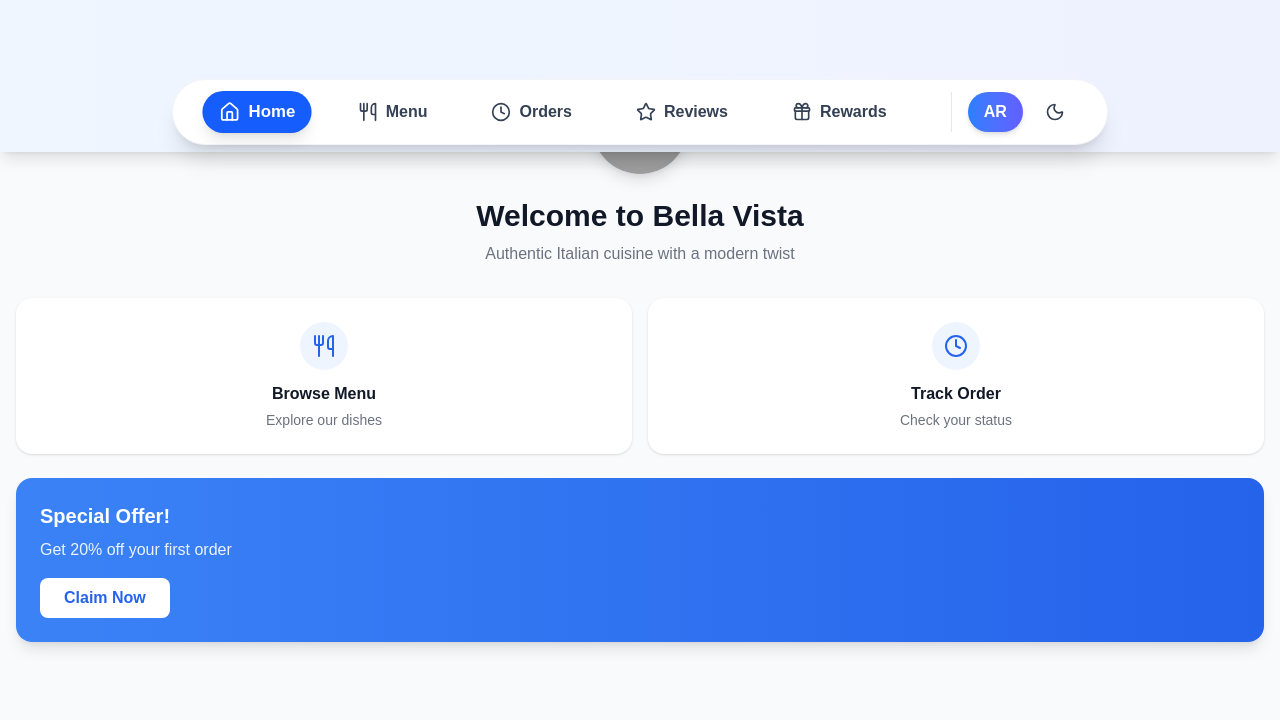
Repository: GraduationMERN/restaurant-system
Page: / (app in client/)
These files come from the project's save history. The page is drawn as it stood at one moment and after the next save; the edit follows.
The browser window is 1280 px wide. The pictures show the whole page.
Pictures or frames that could not be fetched are drawn as grey boxes. The project was rebuilt for these pictures with package versions that can differ from the ones it lists, and the page was loaded fresh each time. Also part of the build but not shown: client/vite.config.js, client/src/pages/ReviewsPage.jsx, client/src/pages/RewardPage.jsx, client/src/components/ui/badge/Badge.jsx, client/src/components/ecommerce/EcommerceMetrics.jsx, client/src/components/ui/dropdown/Dropdown.jsx, client/src/components/ui/dropdown/DropdownItem.jsx, client/src/components/ecommerce/MonthlySalesChart.jsx and 36 more. Imported but missing from the stored project, and not drawn on this page: client/src/components/form/input/InputField, client/src/pages/admin/UserProfiles.

Above is the page before, as saved 2025-11-29 02:16:18.

### client/index.html
<!doctype html>
<html lang="en">
  <head>
    <meta charset="UTF-8" />
    <link rel="icon" type="image/svg+xml" href="/vite.svg" />
    <meta name="viewport" content="width=device-width, initial-scale=1.0" />
    <title>Restuarant</title>
  </head>
  <body>
    <div id="root"></div>
    <script type="module" src="/src/main.jsx"></script>
  </body>
</html>

### client/src/main.jsx
import { StrictMode } from 'react'
import { createRoot } from 'react-dom/client'
import './index.css'
import "swiper/swiper-bundle.css";
import "flatpickr/dist/flatpickr.css";
import App from './App.jsx'
import './i18n';
import { AppWrapper } from "./components/common/PageMeta.jsx";
import { ThemeProvider } from "./context/ThemeContext.jsx";
createRoot(document.getElementById('root')).render(
  // <StrictMode>
  <ThemeProvider>
    <AppWrapper>
      <App />
    </AppWrapper>
  </ThemeProvider>
  // </StrictMode>,
)

### client/src/App.jsx
import { BrowserRouter, Routes, Route } from "react-router-dom";
import ReviewsPage from "./pages/ReviewsPage";
import LandingPage from "./pages/LandingPage";
import Layout from "./components/Layout";
import RewardPage from "./pages/RewardPage";
import Admin from "./pages/admin/Admin";
import AppLayout from "./layout/admin-layout/AppLayout";
import { ScrollToTop } from "./components/common/ScrollToTop";
import OrderPage from "./features/orders/ui/OrderPage";

function App() {
  return (
    <BrowserRouter>
      <ScrollToTop />
      <Layout>
        <Routes>
          <Route path="/" element={<LandingPage />} />
          <Route path="/reviews" element={<ReviewsPage />} />
          <Route path="/rewards" element={<RewardPage />} />
           <Route path="/orders" element={<OrderPage />} />
          {/* Single Admin Page with section sub-route */}
          <Route element={<AppLayout />}>
            <Route path="/admin/:section?" element={<Admin />} />
          </Route>
        </Routes>
      </Layout>
    </BrowserRouter>
  );
}

export default App;

### client/src/components/common/PageMeta.jsx
import { HelmetProvider, Helmet } from "react-helmet-async";

const PageMeta = ({ title, description }) => (
  <Helmet>
    <title>{title}</title>
    <meta name="description" content={description} />
  </Helmet>
);

export const AppWrapper = ({ children }) => (
  <HelmetProvider>{children}</HelmetProvider>
);

export default PageMeta;

### client/src/context/ThemeContext.jsx
import { createContext, useState, useContext, useEffect } from "react";

const ThemeContext = createContext(undefined);

export const ThemeProvider = ({ children }) => {
  const [theme, setTheme] = useState("light");
  const [isInitialized, setIsInitialized] = useState(false);

  useEffect(() => {
    // This code will only run on the client side
    const savedTheme = localStorage.getItem("theme");
    const initialTheme = savedTheme || "light"; // Default to light theme

    setTheme(initialTheme);
    setIsInitialized(true);
  }, []);

  useEffect(() => {
    if (isInitialized) {
      localStorage.setItem("theme", theme);
      if (theme === "dark") {
        document.documentElement.classList.add("dark");
      } else {
        document.documentElement.classList.remove("dark");
      }
    }
  }, [theme, isInitialized]);

  const toggleTheme = () => {
    setTheme((prevTheme) => (prevTheme === "light" ? "dark" : "light"));
  };

  return (
    <ThemeContext.Provider value={{ theme, toggleTheme }}>
      {children}
    </ThemeContext.Provider>
  );
};

export const useTheme = () => {
  const context = useContext(ThemeContext);
  if (context === undefined) {
    throw new Error("useTheme must be used within a ThemeProvider");
  }
  return context;
};

### client/src/admin.css
@theme {
  --font-*: initial;
  --font-outfit: Outfit, sans-serif;

  --breakpoint-*: initial;
  --breakpoint-2xsm: 375px;
  --breakpoint-sm: 640px;
  --breakpoint-md: 768px;
  --breakpoint-lg: 1024px;
  --breakpoint-xl: 1280px;
  --breakpoint-2xl: 1536px;

  --text-title-2xl: 72px;
  --text-title-2xl--line-height: 90px;
  --text-title-xl: 60px;
  --text-title-xl--line-height: 72px;
  --text-title-lg: 48px;
  --text-title-lg--line-height: 60px;
  --text-title-md: 36px;
  --text-title-md--line-height: 44px;
  --text-title-sm: 30px;
  --text-title-sm--line-height: 38px;
  --text-theme-xl: 20px;
  --text-theme-xl--line-height: 30px;
  --text-theme-sm: 14px;
  --text-theme-sm--line-height: 20px;
  --text-theme-xs: 12px;
  --text-theme-xs--line-height: 18px;

  --color-current: currentColor;
  --color-transparent: transparent;
  --color-white: #ffffff;

  --color-brand-50: #ecf3ff;
  --color-brand-100: #dde9ff;
  --color-brand-200: #c2d6ff;
  --color-brand-300: #9cb9ff;
  --color-brand-400: #7592ff;
  --color-brand-500: #465fff;
  --color-brand-600: #3641f5;
  --color-brand-700: #2a31d8;
  --color-brand-800: #252dae;
  --color-brand-900: #262e89;

  --color-blue-light-50: #f0f9ff;
  --color-blue-light-100: #e0f2fe;
  --color-blue-light-200: #b9e6fe;
  --color-blue-light-300: #7cd4fd;
  --color-blue-light-400: #36bffa;
  --color-blue-light-500: #0ba5ec;
  --color-blue-light-600: #0086c9;
  --color-blue-light-700: #026aa2;
  --color-blue-light-800: #065986;
  --color-blue-light-900: #0b4a6f;

  --color-gray-50: #f9fafb;
  --color-gray-100: #f2f4f7;
  --color-gray-200: #e4e7ec;
  --color-gray-300: #d0d5dd;
  --color-gray-400: #98a2b3;
  --color-gray-500: #667085;
  --color-gray-600: #475467;
  --color-gray-700: #344054;
  --color-gray-800: #1d2939;
  --color-gray-900: #101828;

  --color-gray-dark: #1a2231;

  --color-orange-50: #fff6ed;
  --color-orange-100: #ffead5;
  --color-orange-200: #fddcab;
  --color-orange-300: #feb273;
  --color-orange-400: #fd853a;
  --color-orange-500: #fb6514;
  --color-orange-600: #ec4a0a;
  --color-orange-700: #c4320a;
  --color-orange-800: #9c2a10;
  --color-orange-900: #7e2410;

  --color-success-50: #ecfdf3;
  --color-success-100: #d1fadf;
  --color-success-200: #a6f4c5;
  --color-success-300: #6ce9a6;
  --color-success-400: #32d583;
  --color-success-500: #12b76a;
  --color-success-600: #039855;
  --color-success-700: #027a48;
  --color-success-800: #05603a;
  --color-success-900: #054f31;

  --color-error-50: #fef3f2;
  --color-error-100: #fee4e2;
  --color-error-200: #fecdca;
  --color-error-300: #fda29b;
  --color-error-400: #f97066;
  --color-error-500: #f04438;
  --color-error-600: #d92d20;
  --color-error-700: #b42318;
  --color-error-800: #912018;
  --color-error-900: #7a271a;

  --color-warning-50: #fffaeb;
  --color-warning-100: #fef0c7;
  --color-warning-200: #fedf89;
  --color-warning-300: #fec84b;
  --color-warning-400: #fdb022;
  --color-warning-500: #f79009;
  --color-warning-600: #dc6803;
  --color-warning-700: #b54708;
  --color-warning-800: #93370d;
  --color-warning-900: #7a2e0e;

  --shadow-theme-md: 0px 4px 8px -2px rgba(16, 24, 40, 0.1),
    0px 2px 4px -2px rgba(16, 24, 40, 0.06);
  --shadow-theme-lg: 0px 12px 16px -4px rgba(16, 24, 40, 0.08),
    0px 4px 6px -2px rgba(16, 24, 40, 0.03);
  --shadow-theme-sm: 0px 1px 3px 0px rgba(16, 24, 40, 0.1),
    0px 1px 2px 0px rgba(16, 24, 40, 0.06);
  --shadow-theme-xs: 0px 1px 2px 0px rgba(16, 24, 40, 0.05);
  --shadow-theme-xl: 0px 20px 24px -4px rgba(16, 24, 40, 0.08),
    0px 8px 8px -4px rgba(16, 24, 40, 0.03);
  --shadow-focus-ring: 0px 0px 0px 4px rgba(70, 95, 255, 0.12);

  --z-index-1: 1;
  --z-index-999: 999;
  --z-index-99999: 99999;
}

@layer base {
  *,
  ::after,
  ::before,
  ::backdrop,
  ::file-selector-button {
    border-color: var(--color-gray-200, currentColor);
  }
  button:not(:disabled),
  [role="button"]:not(:disabled) {
    cursor: pointer;
  }
  body {
    @apply relative font-normal font-outfit z-1 bg-gray-50 dark:bg-gray-900;
  }
}

@utility menu-item {
  @apply relative flex items-center w-full gap-3 px-3 py-2 font-medium rounded-lg text-theme-sm;
}

@utility menu-item-active {
  @apply bg-brand-50 text-brand-500 dark:bg-brand-500/[0.12] dark:text-brand-400;
}

@utility menu-item-inactive {
  @apply text-gray-700 hover:bg-gray-100 group-hover:text-gray-700 dark:text-gray-300 dark:hover:bg-white/5 dark:hover:text-gray-300;
}

@utility menu-item-icon-active {
  @apply text-brand-500 dark:text-brand-400;
}

@utility menu-item-icon-size {
  & svg {
    @apply !size-6;
  }
}

@utility menu-item-icon-inactive {
  @apply text-gray-500 group-hover:text-gray-700 dark:text-gray-400 dark:group-hover:text-gray-300;
}

### client/src/pages/LandingPage.jsx
import React from "react";
import { Utensils, Clock } from "lucide-react";

export default function LandingPage() {
  return (
    <div className="min-h-screen bg-default flex items-center justify-center px-4">
      <div className="max-w-7xl w-full">
        {/* Logo and Header */}
        <div className="text-center mb-8">
          <div className="w-24 h-24 mx-auto mb-6 rounded-full overflow-hidden shadow-lg">
            <img
              src="https://images.unsplash.com/photo-1517248135467-4c7edcad34c4?w=200&h=200&fit=crop"
              alt="Bella Vista"
              className="w-full h-full object-cover"
            />
          </div>
          <h1 className="text-3xl font-bold text-on-surface mb-2">
            Welcome to Bella Vista
          </h1>
          <p className="text-muted">
            Authentic Italian cuisine with a modern twist
          </p>
        </div>

        {/* Action Cards */}
        <div className="grid grid-cols-2 gap-4 mb-6">
          <button className="bg-surface rounded-2xl p-6 shadow-sm hover:shadow-md transition text-center">
            <div className="w-12 h-12 bg-primary-100 rounded-full flex items-center justify-center mx-auto mb-3">
              <Utensils className="w-6 h-6 text-primary" />
            </div>
            <h3 className="font-semibold text-on-surface mb-1">Browse Menu</h3>
            <p className="text-sm text-muted">Explore our dishes</p>
          </button>

          <button className="bg-surface rounded-2xl p-6 shadow-sm hover:shadow-md transition text-center">
            <div className="w-12 h-12 bg-primary-100 rounded-full flex items-center justify-center mx-auto mb-3">
              <Clock className="w-6 h-6 text-primary" />
            </div>
            <h3 className="font-semibold text-on-surface mb-1">Track Order</h3>
            <p className="text-sm text-muted">Check your status</p>
          </button>
        </div>

        {/* Special Offer Card */}
        <div className="bg-primary-gradient rounded-2xl p-6 shadow-lg text-white">
          <h3 className="text-xl font-bold mb-2">Special Offer!</h3>
          <p className="mb-4 opacity-90">Get 20% off your first order</p>
          <button className="bg-surface text-primary px-6 py-2 rounded-lg font-semibold hover:bg-default transition">
            Claim Now
          </button>
        </div>
      </div>
    </div>
  );
}

### client/src/components/Layout.jsx
import DesktopNav from "./desktopNav";
import Navbar from "./Navbar";
import { useLocation } from "react-router-dom";

export default function Layout({ children }) {
  const location = useLocation();
  const isAdmin = location.pathname.startsWith("/admin");

  return (
    <div className="min-h-screen w-full flex flex-col bg-default">
      <div className={` w-full flex justify-center md:block`}>
        <div className={`w-full  max-w-xl px-4 md:max-w-none md:px-0`}>
          {children}
        </div>
      </div>

      {!isAdmin && (
        <div className="w-full max-w-xl mx-auto h-20 flex justify-between items-center px-4 md:hidden">
          <Navbar />
        </div>
      )}
      {!isAdmin && <DesktopNav />}
    </div>
  );
}

### client/src/components/DesktopNav.jsx
/* DesktopNav.jsx */
import { Home, Utensils, Clock4, Star, Gift, Moon } from "lucide-react";
import { Link, useLocation } from "react-router-dom";
import { useTranslation } from "react-i18next";

export default function DesktopNav() {
  const { t, i18n } = useTranslation();
  const location = useLocation();

  const isActive = (path) => location.pathname === path;

  return (
    <div className="hidden md:block fixed top-0 left-0 right-0 bg-gradient-to-r from-blue-50 to-indigo-50 shadow-lg z-50 pt-[10vh]">
      <div className="max-w-7xl mx-auto px-8 h-20 flex justify-center items-center">
        <div className="flex gap-8 items-center bg-white px-8 py-3 rounded-full shadow-xl border border-gray-100">
          <Link to="/" className={`flex items-center gap-2 px-4 py-2 rounded-full font-semibold transition-all duration-300 ${isActive('/') ? 'bg-blue-600 text-white shadow-lg scale-105' : 'text-gray-700 hover:bg-blue-50 hover:text-blue-600'}`}>
            <Home size={20} />
            {t("home")}
          </Link>
          <Link to="/menu" className={`flex items-center gap-2 px-4 py-2 rounded-full font-semibold transition-all duration-300 ${isActive('/menu') ? 'bg-blue-600 text-white shadow-lg scale-105' : 'text-gray-700 hover:bg-blue-50 hover:text-blue-600'}`}>
            <Utensils size={20} />
            {t("menu")}
          </Link>
          <Link to="/orders" className={`flex items-center gap-2 px-4 py-2 rounded-full font-semibold transition-all duration-300 ${isActive('/orders') ? 'bg-blue-600 text-white shadow-lg scale-105' : 'text-gray-700 hover:bg-blue-50 hover:text-blue-600'}`}>
            <Clock4 size={20} />
            {t("orders")}
          </Link>
          <Link to="/reviews" className={`flex items-center gap-2 px-4 py-2 rounded-full font-semibold transition-all duration-300 ${isActive('/reviews') ? 'bg-blue-600 text-white shadow-lg scale-105' : 'text-gray-700 hover:bg-blue-50 hover:text-blue-600'}`}>
            <Star size={20} />
            {t("reviews")}
          </Link>
          <Link to="/rewards" className={`flex items-center gap-2 px-4 py-2 rounded-full font-semibold transition-all duration-300 ${isActive('/rewards') ? 'bg-blue-600 text-white shadow-lg scale-105' : 'text-gray-700 hover:bg-blue-50 hover:text-blue-600'}`}>
            <Gift size={20} />
            {t("rewards")}
          </Link>

          <div className="flex gap-3 items-center ml-4 pl-4 border-l border-gray-200">
            {i18n.language === "en" && (
              <button onClick={() => i18n.changeLanguage("ar")} className="px-4 py-2 bg-gradient-to-r from-blue-500 to-indigo-500 text-white rounded-full hover:from-blue-600 hover:to-indigo-600 transition-all duration-300 font-semibold shadow-md hover:shadow-lg">
                AR
              </button>
            )}
            {i18n.language === "ar" && (
              <button onClick={() => i18n.changeLanguage("en")} className="px-4 py-2 bg-gradient-to-r from-blue-500 to-indigo-500 text-white rounded-full hover:from-blue-600 hover:to-indigo-600 transition-all duration-300 font-semibold shadow-md hover:shadow-lg">
                EN
              </button>
            )}
            <button className="p-2.5 hover:bg-gray-100 rounded-full transition-all duration-300 text-gray-700 hover:text-blue-600 hover:scale-110">
              <Moon size={20} />
            </button>
          </div>
        </div>
      </div>
    </div>
  );
}

### client/src/components/Navbar.jsx
import { Home, Utensils, Clock4 , Star, Gift } from "lucide-react";
import { Link, useLocation } from "react-router-dom";
import { useTranslation } from 'react-i18next';

export default function Navbar() {
  const { t, i18n } = useTranslation();

  const location = useLocation();

  // Return true if route is active; caller toggles classes
  const isActive = (path) => location.pathname === path;

  return (
    <div className="w-full bg-surface shadow-sm fixed bottom-0 left-0">
      <div className="w-full max-w-xl mx-auto h-14 flex justify-around items-center px-4">
        {i18n.language=="en"&&<button onClick={() => i18n.changeLanguage("ar")}>AR</button>}
        {i18n.language=="ar"&&<button onClick={() => i18n.changeLanguage("en")}>EN</button>}
        <Link to="/" className={`flex flex-col items-center ${isActive('/') ? 'text-primary' : 'text-muted'}`}>
          <Home size={20} />
          <span className="text-xs">{t("home")}</span>
        </Link>

        <Link to="/menu" className={`flex flex-col items-center ${isActive('/menu') ? 'text-primary' : 'text-muted'}`}>
          <Utensils size={20} />
          <span className="text-xs">{t("menu")}</span>
        </Link>

        <Link to="/orders" className={`flex flex-col items-center ${isActive('/orders') ? 'text-primary' : 'text-muted'}`}>
          <Clock4  size={20} />
          <span className="text-xs">{t("orders")}</span>
        </Link>

        <Link to="/reviews" className={`flex flex-col items-center ${isActive('/reviews') ? 'text-primary' : 'text-muted'}`}>
          <Star size={20} />
          <span className="text-xs">{t("reviews")}</span>
        </Link>

        <Link to="/rewards" className={`flex flex-col items-center ${isActive('/rewards') ? 'text-primary' : 'text-muted'}`}>
          <Gift size={20} />
          <span className="text-xs">{t("rewards")}</span>
        </Link>

      </div>
    </div>
  );
}

Loaded but not shown: client/src/index.css (common file); client/src/components/common/ScrollToTop.jsx (common file); client/src/languages/ArabicLang.json (7 lines, source omitted); client/src/languages/EnglishLang.json (7 lines, source omitted); client/src/icons/admin-icons/index.js (43 lines, source omitted); client/src/i18n.js (30 lines, source omitted); client/src/layout/admin-layout/AppSidebar.jsx (280 lines, source omitted)

After the next save:
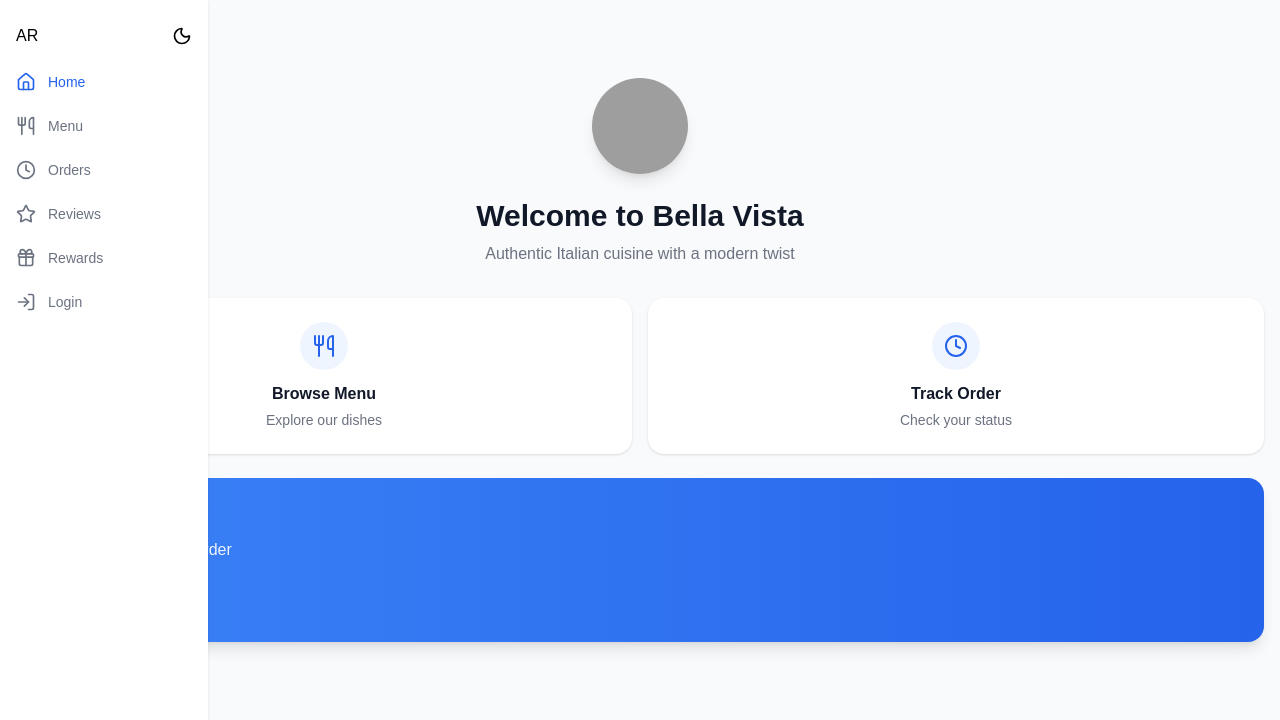
Saved 3 s later.
--- a/client/src/components/DesktopNav.jsx
+++ b/client/src/components/DesktopNav.jsx
@@ -1,56 +1,98 @@
-/* DesktopNav.jsx */
-import { Home, Utensils, Clock4, Star, Gift, Moon } from "lucide-react";
+import {
+  Home,
+  Utensils,
+  Clock4,
+  Star,
+  Gift,
+  Moon,
+  LogInIcon,
+} from "lucide-react";
 import { Link, useLocation } from "react-router-dom";
 import { useTranslation } from "react-i18next";
 
 export default function DesktopNav() {
   const { t, i18n } = useTranslation();
+
   const location = useLocation();
 
   const isActive = (path) => location.pathname === path;
 
   return (
-    <div className="hidden md:block fixed top-0 left-0 right-0 bg-gradient-to-r from-blue-50 to-indigo-50 shadow-lg z-50 pt-[10vh]">
-      <div className="max-w-7xl mx-auto px-8 h-20 flex justify-center items-center">
-        <div className="flex gap-8 items-center bg-white px-8 py-3 rounded-full shadow-xl border border-gray-100">
-          <Link to="/" className={`flex items-center gap-2 px-4 py-2 rounded-full font-semibold transition-all duration-300 ${isActive('/') ? 'bg-blue-600 text-white shadow-lg scale-105' : 'text-gray-700 hover:bg-blue-50 hover:text-blue-600'}`}>
-            <Home size={20} />
-            {t("home")}
-          </Link>
-          <Link to="/menu" className={`flex items-center gap-2 px-4 py-2 rounded-full font-semibold transition-all duration-300 ${isActive('/menu') ? 'bg-blue-600 text-white shadow-lg scale-105' : 'text-gray-700 hover:bg-blue-50 hover:text-blue-600'}`}>
-            <Utensils size={20} />
-            {t("menu")}
-          </Link>
-          <Link to="/orders" className={`flex items-center gap-2 px-4 py-2 rounded-full font-semibold transition-all duration-300 ${isActive('/orders') ? 'bg-blue-600 text-white shadow-lg scale-105' : 'text-gray-700 hover:bg-blue-50 hover:text-blue-600'}`}>
-            <Clock4 size={20} />
-            {t("orders")}
-          </Link>
-          <Link to="/reviews" className={`flex items-center gap-2 px-4 py-2 rounded-full font-semibold transition-all duration-300 ${isActive('/reviews') ? 'bg-blue-600 text-white shadow-lg scale-105' : 'text-gray-700 hover:bg-blue-50 hover:text-blue-600'}`}>
-            <Star size={20} />
-            {t("reviews")}
-          </Link>
-          <Link to="/rewards" className={`flex items-center gap-2 px-4 py-2 rounded-full font-semibold transition-all duration-300 ${isActive('/rewards') ? 'bg-blue-600 text-white shadow-lg scale-105' : 'text-gray-700 hover:bg-blue-50 hover:text-blue-600'}`}>
-            <Gift size={20} />
-            {t("rewards")}
-          </Link>
+    <aside className="fixed left-0 top-0 h-full w-52 bg-surface shadow-sm">
+      <div className="flex flex-col h-full py-4 gap-2">
+        {/* Language Switch */}
+        <div className="flex justify-between">
+          {i18n.language === "en" && (
+            <button
+              onClick={() => i18n.changeLanguage("ar")}
+              className="px-4 py-2 text-left hover:bg-surface "
+            >
+              AR
+            </button>
+          )}
+          {i18n.language === "ar" && (
+            <button
+              onClick={() => i18n.changeLanguage("en")}
+              className="px-4 py-2 text-left  hover:bg-gray-100 "
+            >
+              EN
+            </button>
+          )}
 
-          <div className="flex gap-3 items-center ml-4 pl-4 border-l border-gray-200">
-            {i18n.language === "en" && (
-              <button onClick={() => i18n.changeLanguage("ar")} className="px-4 py-2 bg-gradient-to-r from-blue-500 to-indigo-500 text-white rounded-full hover:from-blue-600 hover:to-indigo-600 transition-all duration-300 font-semibold shadow-md hover:shadow-lg">
-                AR
-              </button>
-            )}
-            {i18n.language === "ar" && (
-              <button onClick={() => i18n.changeLanguage("en")} className="px-4 py-2 bg-gradient-to-r from-blue-500 to-indigo-500 text-white rounded-full hover:from-blue-600 hover:to-indigo-600 transition-all duration-300 font-semibold shadow-md hover:shadow-lg">
-                EN
-              </button>
-            )}
-            <button className="p-2.5 hover:bg-gray-100 rounded-full transition-all duration-300 text-gray-700 hover:text-blue-600 hover:scale-110">
-              <Moon size={20} />
-            </button>
-          </div>
+          {/* Dark mode toggle */}
+            <button className="px-4 py-2 text-left hover:bg-surface ">
+            <Moon size={20} />
+          </button>
         </div>
+
+        {/* Navigation */}
+        <Link
+          to="/"
+          className={`px-4 py-2 w-full flex items-center gap-3 hover:bg-surface ${isActive('/') ? 'text-primary' : 'text-muted'}`}
+        >
+          <Home size={20} />
+          <span className="text-sm">{t("home")}</span>
+        </Link>
+
+        <Link
+          to="/menu"
+          className={`px-4 py-2 w-full flex items-center gap-3 hover:bg-gray-100 ${isActive('/menu') ? 'text-primary' : 'text-muted'}`}
+        >
+          <Utensils size={20} />
+          <span className="text-sm">{t("menu")}</span>
+        </Link>
+
+        <Link
+          to="/orders"
+          className={`px-4 py-2 w-full flex items-center gap-3 hover:bg-gray-100 ${isActive('/orders') ? 'text-primary' : 'text-muted'}`}
+        >
+          <Clock4 size={20} />
+          <span className="text-sm">{t("orders")}</span>
+        </Link>
+
+        <Link
+          to="/reviews"
+          className={`px-4 py-2 w-full flex items-center gap-3 hover:bg-gray-100 ${isActive('/reviews') ? 'text-primary' : 'text-muted'}`}
+        >
+          <Star size={20} />
+          <span className="text-sm">{t("reviews")}</span>
+        </Link>
+
+        <Link
+          to="/rewards"
+          className={`px-4 py-2 w-full flex items-center gap-3 hover:bg-gray-100 ${isActive('/rewards') ? 'text-primary' : 'text-muted'}`}
+        >
+          <Gift size={20} />
+          <span className="text-sm">{t("rewards")}</span>
+        </Link>
+        <Link
+          to="/login"
+          className={`px-4 py-2 w-full flex items-center gap-3 hover:bg-gray-100 ${isActive('/login') ? 'text-primary' : 'text-muted'}`}
+        >
+          <LogInIcon size={20} />
+          <span className="text-sm">{t("Login")}</span>
+        </Link>
       </div>
-    </div>
+    </aside>
   );
 }
